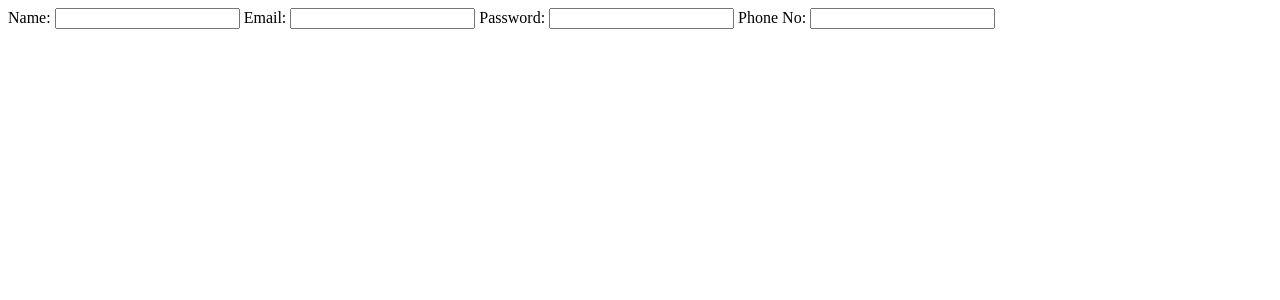
Repository: ghanshyam-jaiswal/Java-Notes
Page: JEE/Servlet_AdvanceJava/formExample/src/main/webapp/WEB-INF/form.html
The author's editor kept a copy of each file at every save. The page is drawn from the files as they stood at one save, then again after the next save.
The browser window is 1280 px wide. The pictures show the whole page.

Above is the page before, as saved 2024-02-26 04:04:10.

### JEE/Servlet_AdvanceJava/formExample/src/main/webapp/WEB-INF/form.html
<!DOCTYPE html>
<html>
<head>
<meta charset="ISO-8859-1">
<title>Insert title here</title>
</head>
<body>

	<form>
		<label for="name">Name:</label>
		<input type="text" id="name">
		<label for="name">Email:</label>
		<input type="email" id="name">
		<label for="name">Password:</label>
		<input type="password" id="name">
		<label for="name">Phone No:</label>
		<input type="tel" id="name">
	</form>

</body>
</html>

After the next save:
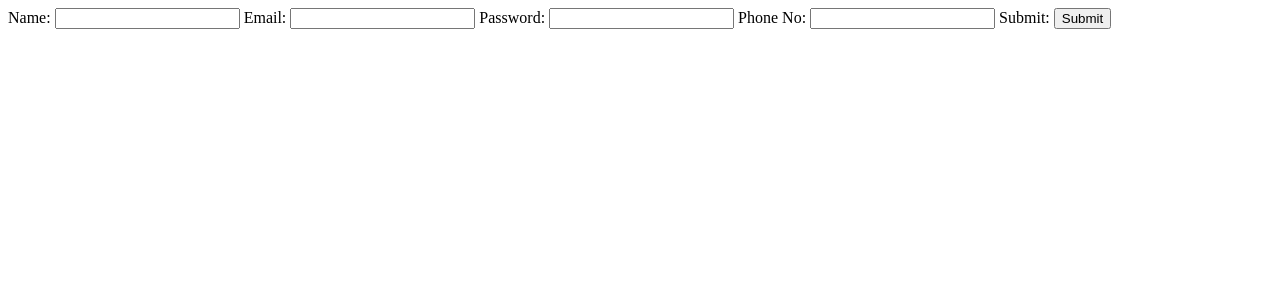
Saved 27 s later.
--- a/JEE/Servlet_AdvanceJava/formExample/src/main/webapp/WEB-INF/form.html
+++ b/JEE/Servlet_AdvanceJava/formExample/src/main/webapp/WEB-INF/form.html
@@ -15,6 +15,8 @@
 		<input type="password" id="name">
 		<label for="name">Phone No:</label>
 		<input type="tel" id="name">
+		<label for="name">Submit:</label>
+		<input type="submit" id="name">
 	</form>
 
 </body>
